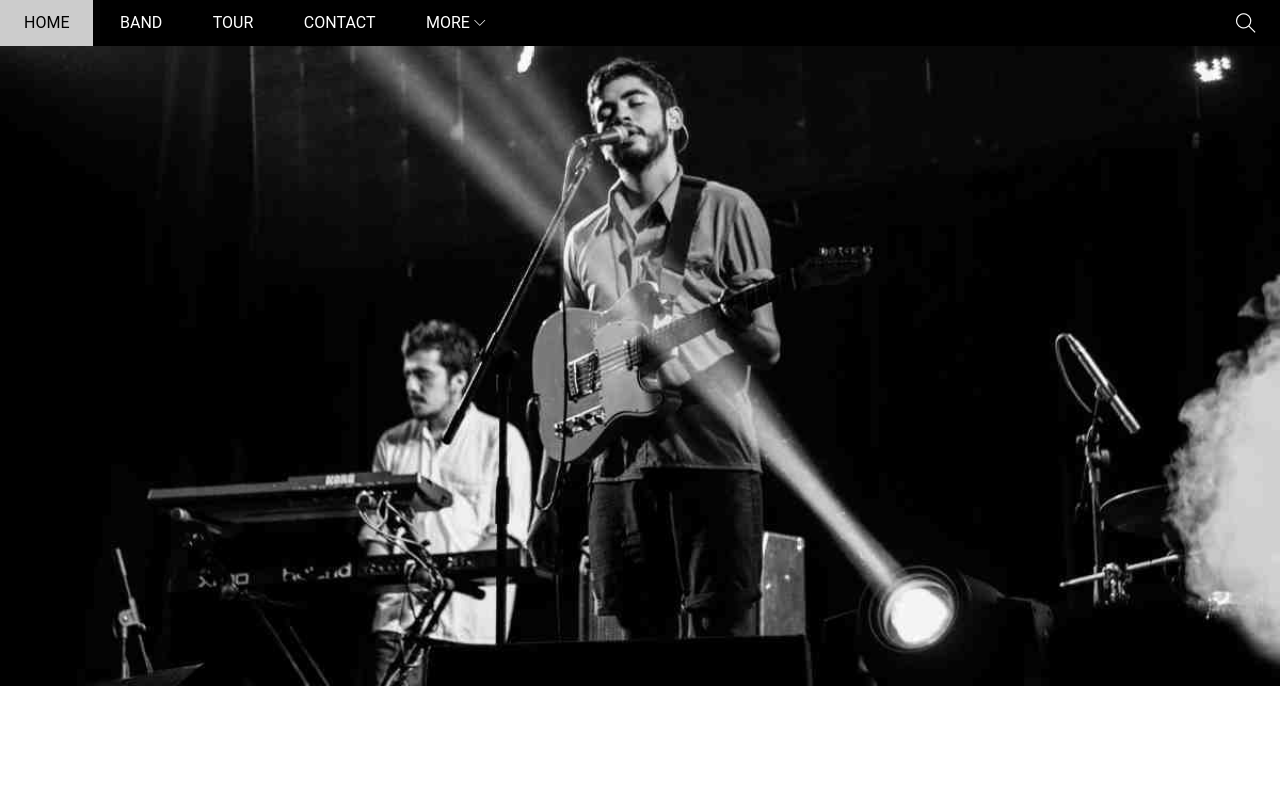
Repository: vuongld315/myLandingPage
Page: index.html
An editor plug-in stored every save of this project. The page is shown before and after a run of saves, followed by the edit.
The browser window is 1280 px wide. The pictures show the whole page.

Above is the page before, as saved 2022-07-22 12:54:46.

After the next 2 saves:
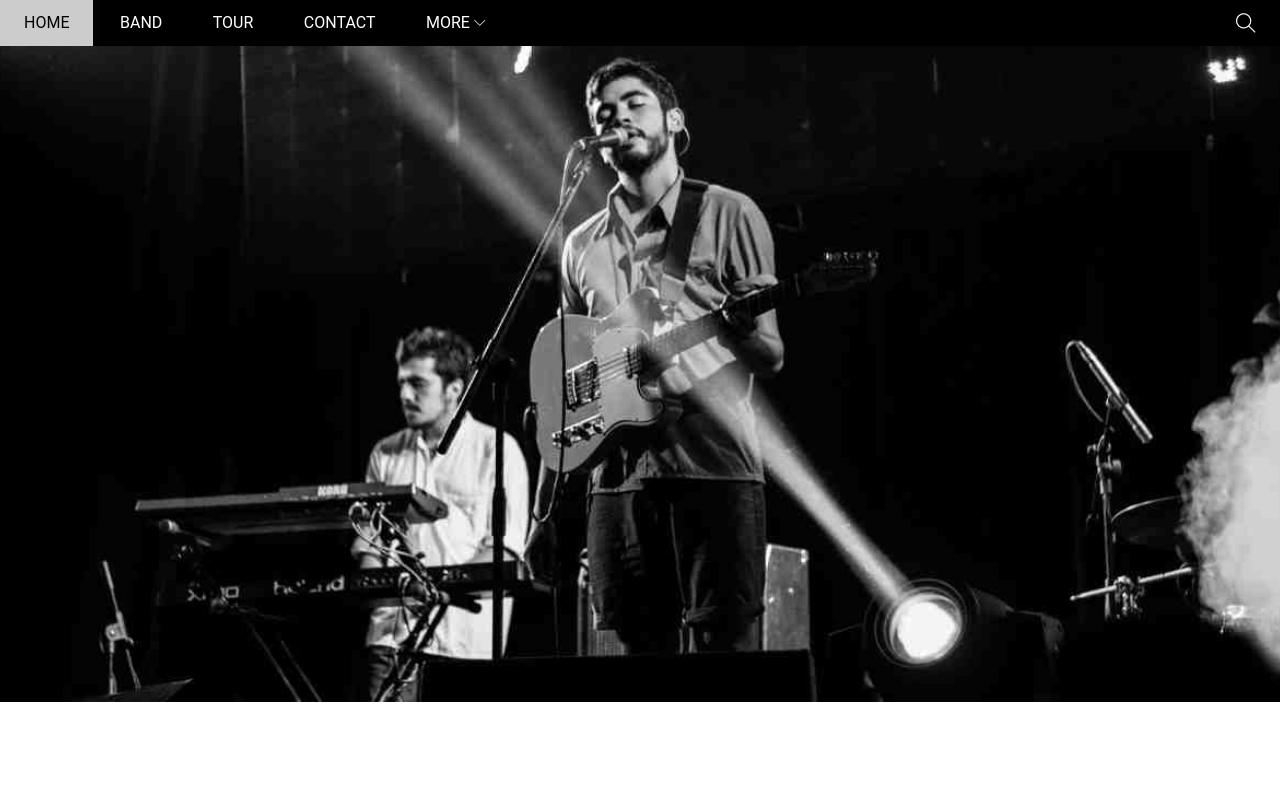
The 2 saves are shown as one change because they came seconds apart.
The last was saved 7 s later.
--- a/index.html
+++ b/index.html
@@ -37,7 +37,9 @@
         </div>
 
         <div id="slider">
-            <div class="text-content"></div>
+            <div class="text-content">
+                <div class="text-heading">New</div>
+            </div>
         </div>
 
         <div id="content">

After the save that followed:
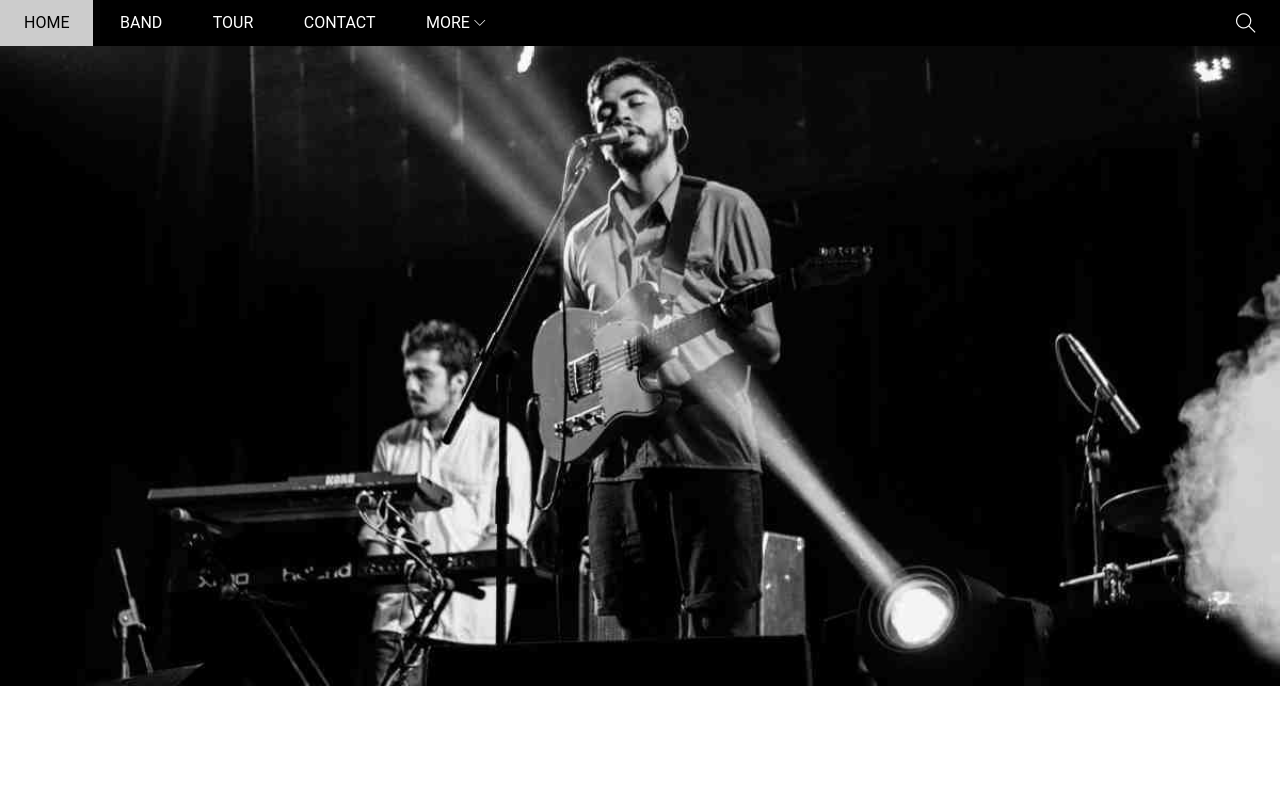
Saved 19 s later.
--- a/index.html
+++ b/index.html
@@ -38,7 +38,7 @@
 
         <div id="slider">
             <div class="text-content">
-                <div class="text-heading">New</div>
+                <div class="text-heading"></div>
             </div>
         </div>
 
